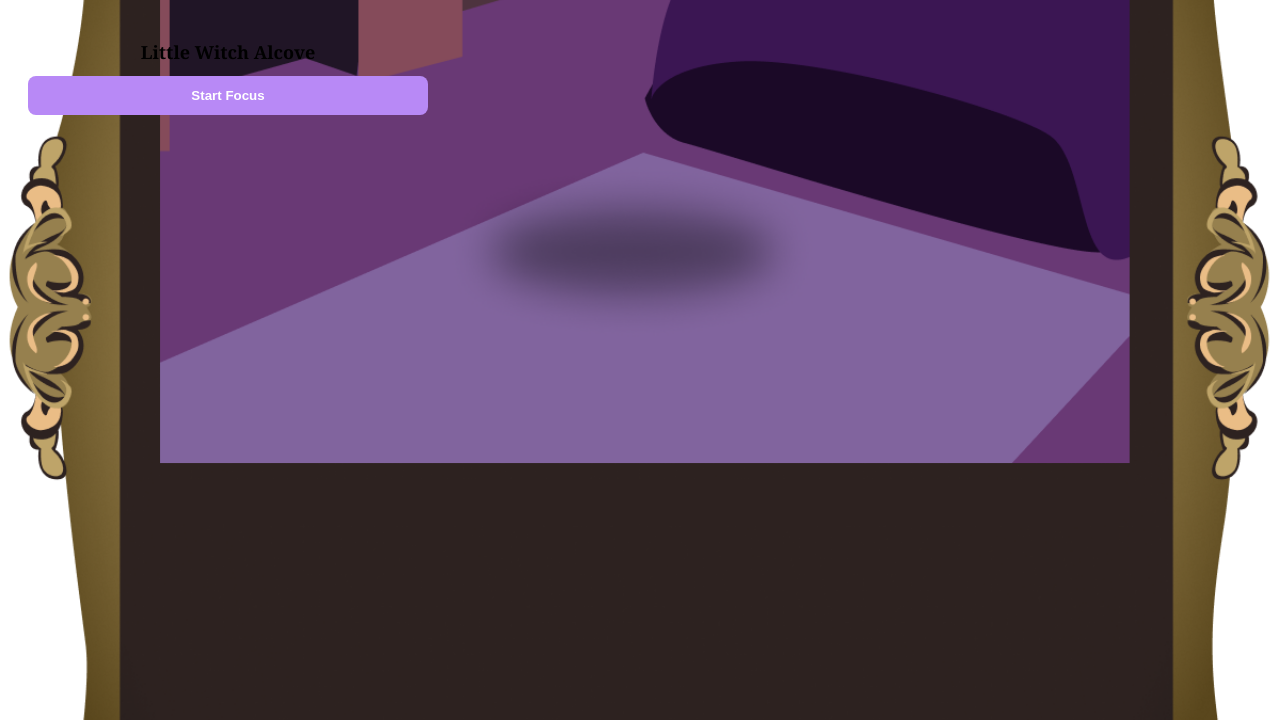
Repository: zhangolivia7/Little-Witch-Alcove
Page: popup.html
An editor plug-in stored every save of this project. The page is shown before and after the next save, followed by the edit.
The browser window is 1280 px wide. The pictures show the whole page.

Above is the page before, as saved 2025-11-15 15:29:52.

After the next save:
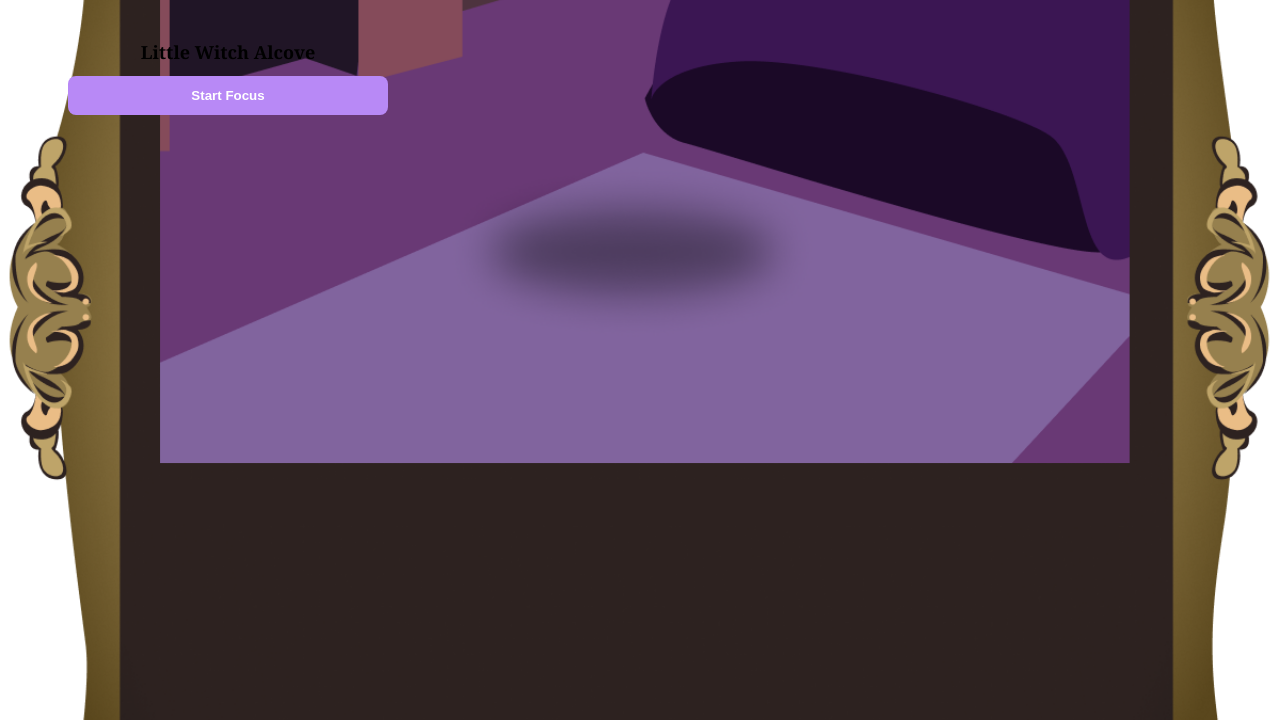
Saved 3 min 48 s later.
--- a/popup.css
+++ b/popup.css
@@ -13,7 +13,8 @@ body {
   }
 
   #focus-btn {
-    width: 100%;
+    width: 80%;
+    margin-left: 10%;
     padding: 12px;
     border-radius: 8px;
     background: #b889f6;
